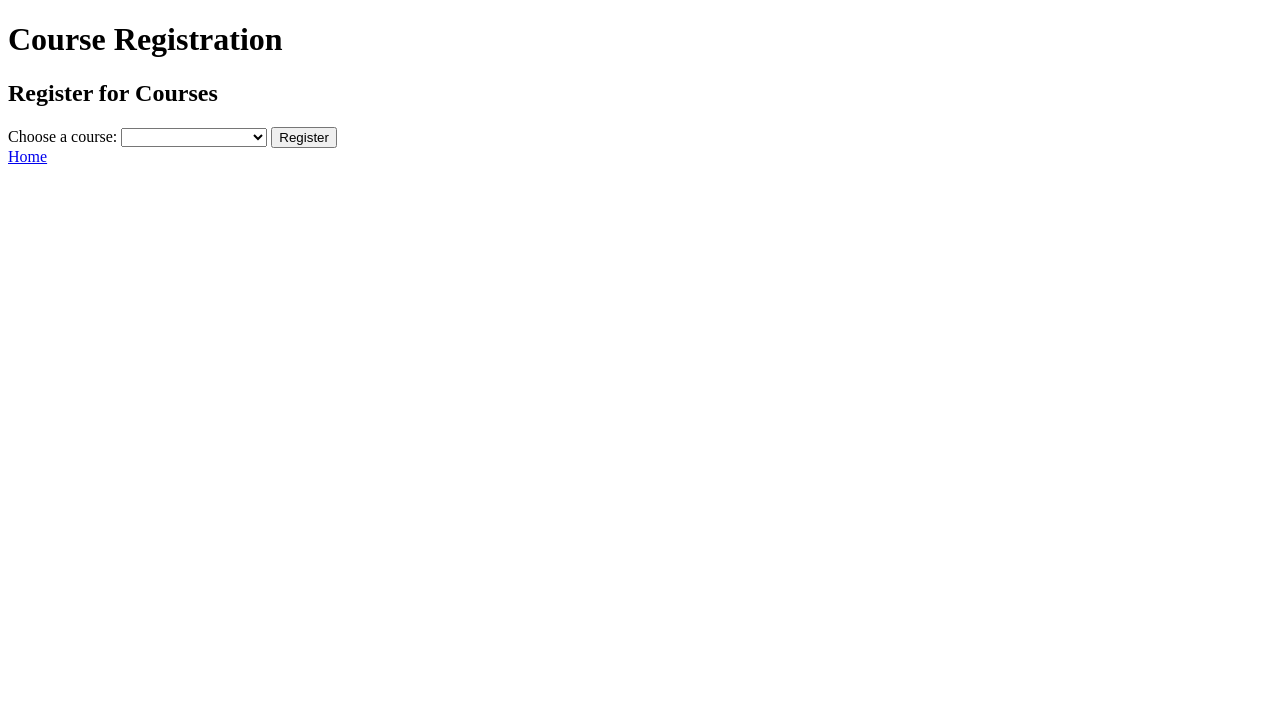
Repository: Syed1818/project
Page: http://localhost/register-course.php
These files come from the project's save history. The page is drawn as it stood at one moment and after the next save; the edit follows.
The browser window is 1280 px wide. The pictures show the whole page.
The page is run by PHP 8.4 with error messages shown; the project is at /var/www/html/. The session is filled in as if someone had signed in: {"user_id": 1}. Other server files are loaded and not shown. Queries for data that is not in the repository find no rows.

Above is the page before, as saved 2024-12-05 10:13:03.

### register-course.php
<?php
session_start();
include 'connect.php';

// Initialize variables
$message = "";

// Handle course registration
if ($_SERVER['REQUEST_METHOD'] == 'POST') {
    $course_id = $_POST['course_id'];
    $user_id = $_SESSION['user_id'];

    // Prepare statement to prevent SQL injection
    $stmt = $conn->prepare("INSERT INTO enrollments (user_id, course_id) VALUES (?, ?)");
    $stmt->bind_param("ii", $user_id, $course_id);

    if ($stmt->execute()) {
        $message = "You have successfully registered for the course.";
    } else {
        $message = "Error: " . $stmt->error;
    }

    $stmt->close();
}

// Fetch courses
$sql = "SELECT id, title FROM course";
$result = $conn->query($sql);

if (!$result) {
    die("Error fetching courses: " . $conn->error);
}
?>
<!DOCTYPE html>
<html lang="en">
<head>
    <meta charset="UTF-8">
    <meta name="viewport" content="width=device-width, initial-scale=1.0">
    <style>
        /* Include your previous CSS styles */
    </style>
    <title>Register for Courses</title>
</head>
<body>
    <header>
        <h1>Course Registration</h1>
    </header>
    <main>
        <h2>Register for Courses</h2>
        <?php if ($message): ?>
            <p><?php echo $message; ?></p>
        <?php endif; ?>
        <form action="register-course.php" method="POST">
            <label for="course_id">Choose a course:</label>
            <select id="course_id" name="course_id" required>
                <?php
                if ($result && $result->num_rows > 0) {
                    while ($row = $result->fetch_assoc()) {
                        echo "<option value='" . htmlspecialchars($row['id']) . "'>" . htmlspecialchars($row['title']) . "</option>";
                    }
                } else {
                    echo "<option disabled>No courses available</option>";
                }
                ?>
            </select>
            <button type="submit">Register</button>
        </form>
    </main>
    <a href="index.html" class="home-button">Home</a>
</body>
</html>

### connect.php
<?php
$host = '127.0.0.1'; // Database host (localhost in most cases)
$db = 'elearning'; // Your database name
$user = 'myadmin'; // MySQL username
$pass = 'syedshahid@123'; // MySQL password

// Create a MySQLi connection
$conn = new mysqli($host, $user, $pass, $db);

// Check the connection
if ($conn->connect_error) {
    die("Connection failed: " . $conn->connect_error);
}
?>

After the next save:
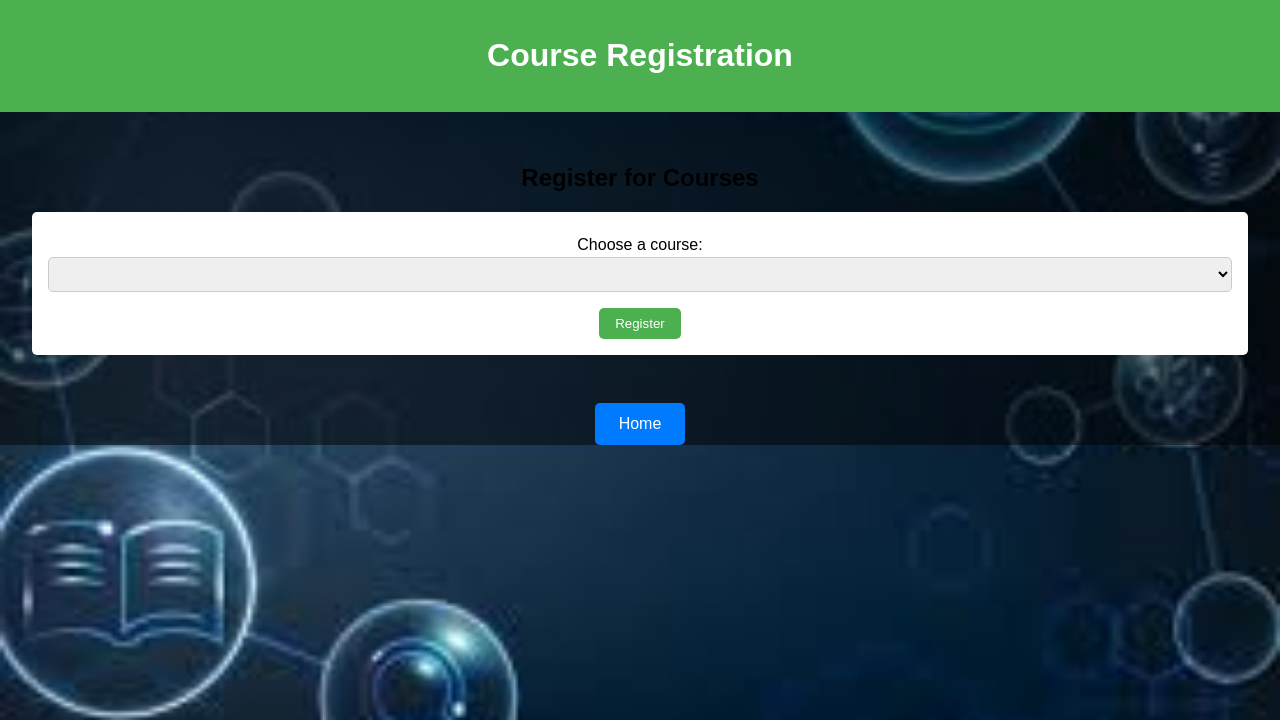
Saved 38 s later.
--- a/register-course.php
+++ b/register-course.php
@@ -1,6 +1,12 @@
 <?php
 session_start();
 include 'connect.php';
+
+// Check if user is logged in
+if (!isset($_SESSION['user_id'])) {
+    header("Location: login.html");
+    exit();
+}
 
 // Initialize variables
 $message = "";
@@ -24,12 +30,8 @@
 }
 
 // Fetch courses
-$sql = "SELECT id, title FROM course";
+$sql = "SELECT * FROM course";
 $result = $conn->query($sql);
-
-if (!$result) {
-    die("Error fetching courses: " . $conn->error);
-}
 ?>
 <!DOCTYPE html>
 <html lang="en">
@@ -37,7 +39,125 @@
     <meta charset="UTF-8">
     <meta name="viewport" content="width=device-width, initial-scale=1.0">
     <style>
-        /* Include your previous CSS styles */
+        body {
+    font-family: Arial, sans-serif;
+    margin: 0;
+    padding: 0;
+    background-image: url('images/bg1.jpg'); /* Use your relative path */
+    background-size: cover; /* Ensures the image covers the entire screen */
+    background-position: center; /* Centers the image */
+    background-attachment: fixed; /* Keeps the background static during scrolling */
+    background-repeat: no-repeat; /* Prevents the image from repeating */
+    text-align: center;
+    position: relative; /* To allow overlays or additional styling */
+}
+
+body::before {
+    content: "";
+    position: absolute;
+    top: 0;
+    left: 0;
+    width: 100%;
+    height: 100%;
+    background-color: rgba(0, 0, 0, 0.5); /* Add a semi-transparent overlay for better text visibility */
+    z-index: -1; /* Places the overlay behind the content */
+}
+
+        header {
+            background-color: #4CAF50;
+            color: white;
+            padding: 1rem;
+            text-align: center;
+        }
+
+        main {
+            padding: 2rem;
+        }
+
+        form {
+            background: #fff;
+            padding: 1rem;
+            border-radius: 5px;
+            box-shadow: 0 0 10px rgba(0, 0, 0, 0.1);
+        }
+
+        form label {
+            display: block;
+            margin: 0.5rem 0 0.2rem;
+        }
+
+        form select,
+        form input {
+            width: 100%;
+            padding: 0.5rem;
+            margin-bottom: 1rem;
+            border: 1px solid #ccc;
+            border-radius: 5px;
+        }
+
+        button {
+            background-color: #4CAF50;
+            color: white;
+            border: none;
+            padding: 0.5rem 1rem;
+            border-radius: 5px;
+            cursor: pointer;
+        }
+
+        button:hover {
+            background-color: #45a049;
+        }
+
+        ul {
+            list-style: none;
+            padding: 0;
+        }
+
+        ul li {
+            background:#4CAF50;
+            color: #000;
+            margin: 0.5rem 0;
+            padding: 1rem;
+            border-radius: 5px;
+            box-shadow: 0 0 5px rgba(0, 0, 0, 0.1);
+        }
+
+        nav ul {
+            list-style: none;
+            padding: 0;
+            display: flex;
+            gap: 1rem;
+        }
+
+        nav a {
+            text-decoration: none;
+            background-color: #4CAF50;
+            color: white;
+            padding: 0.5rem 1rem;
+            border-radius: 5px;
+            transition: background-color 0.3s;
+        }
+
+        nav a:hover {
+            background-color: #45a049;
+        }
+        .home-button {
+            display: inline-block;
+            padding: 0.75rem 1.5rem;
+            font-size: 1rem;
+            color: white;
+            background-color: #007bff;
+            border: none;
+            border-radius: 5px;
+            text-decoration: none;
+            margin-top: 1rem;
+            transition: background-color 0.3s ease;
+        }
+
+        .home-button:hover {
+            background-color: #0056b3;
+        }
+
     </style>
     <title>Register for Courses</title>
 </head>
@@ -54,9 +174,9 @@
             <label for="course_id">Choose a course:</label>
             <select id="course_id" name="course_id" required>
                 <?php
-                if ($result && $result->num_rows > 0) {
+                if ($result && $result-> num_rows > 0) {
                     while ($row = $result->fetch_assoc()) {
-                        echo "<option value='" . htmlspecialchars($row['id']) . "'>" . htmlspecialchars($row['title']) . "</option>";
+                        echo "<option value='" . $row['id'] . "'>" . htmlspecialchars($row['title']) . "</option>";
                     }
                 } else {
                     echo "<option disabled>No courses available</option>";
